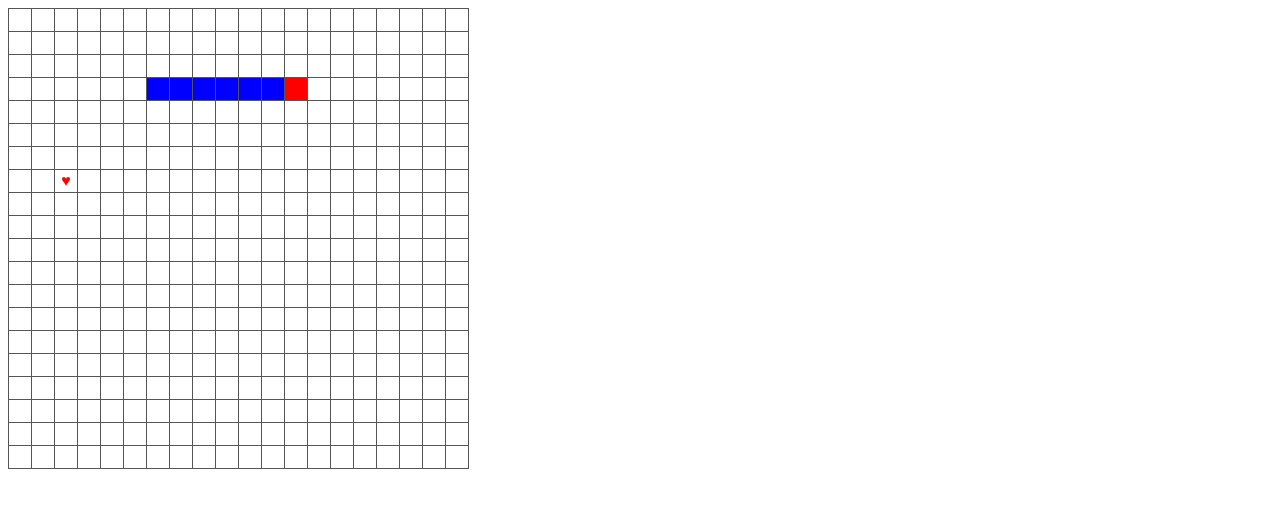
Repository: ycsheng/Games
Page: 01_snake/index.html
An editor plug-in stored every save of this project. The page is shown before and after the next save, followed by the edit.
The browser window is 1280 px wide. The pictures show the whole page.

Above is the page before, as saved 2021-09-18 17:00:31.

After the next save:
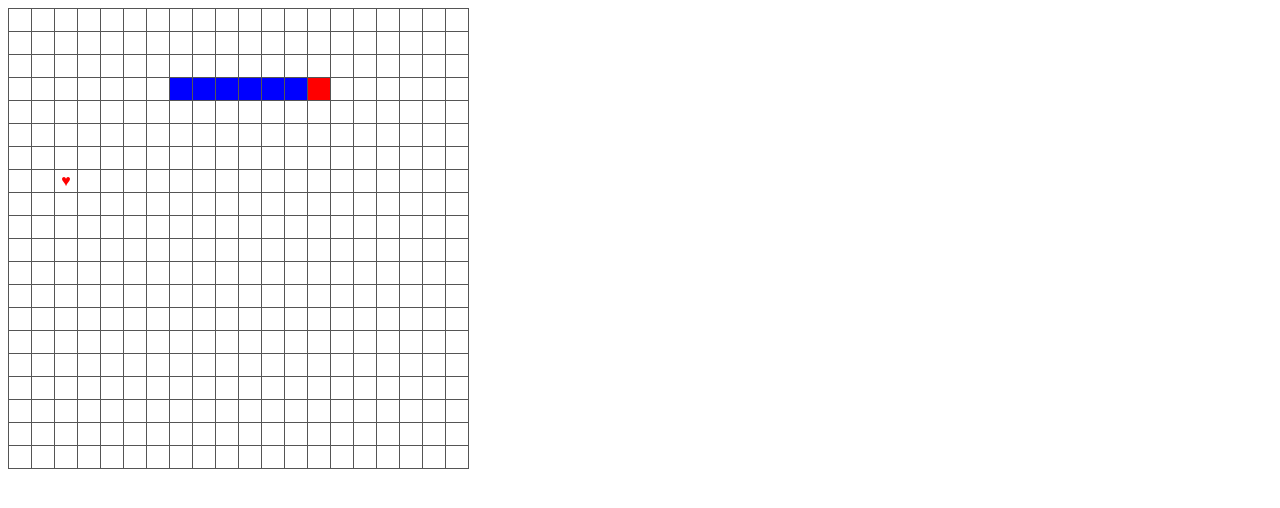
Saved 34 s later.
--- a/01_snake/js/Game.js
+++ b/01_snake/js/Game.js
@@ -113,5 +113,5 @@ Game.prototype.start = function() {
     game.snake.render();
     // 渲染食物
     game.food.render();
-  }, 50)
+  }, 40)
 }
